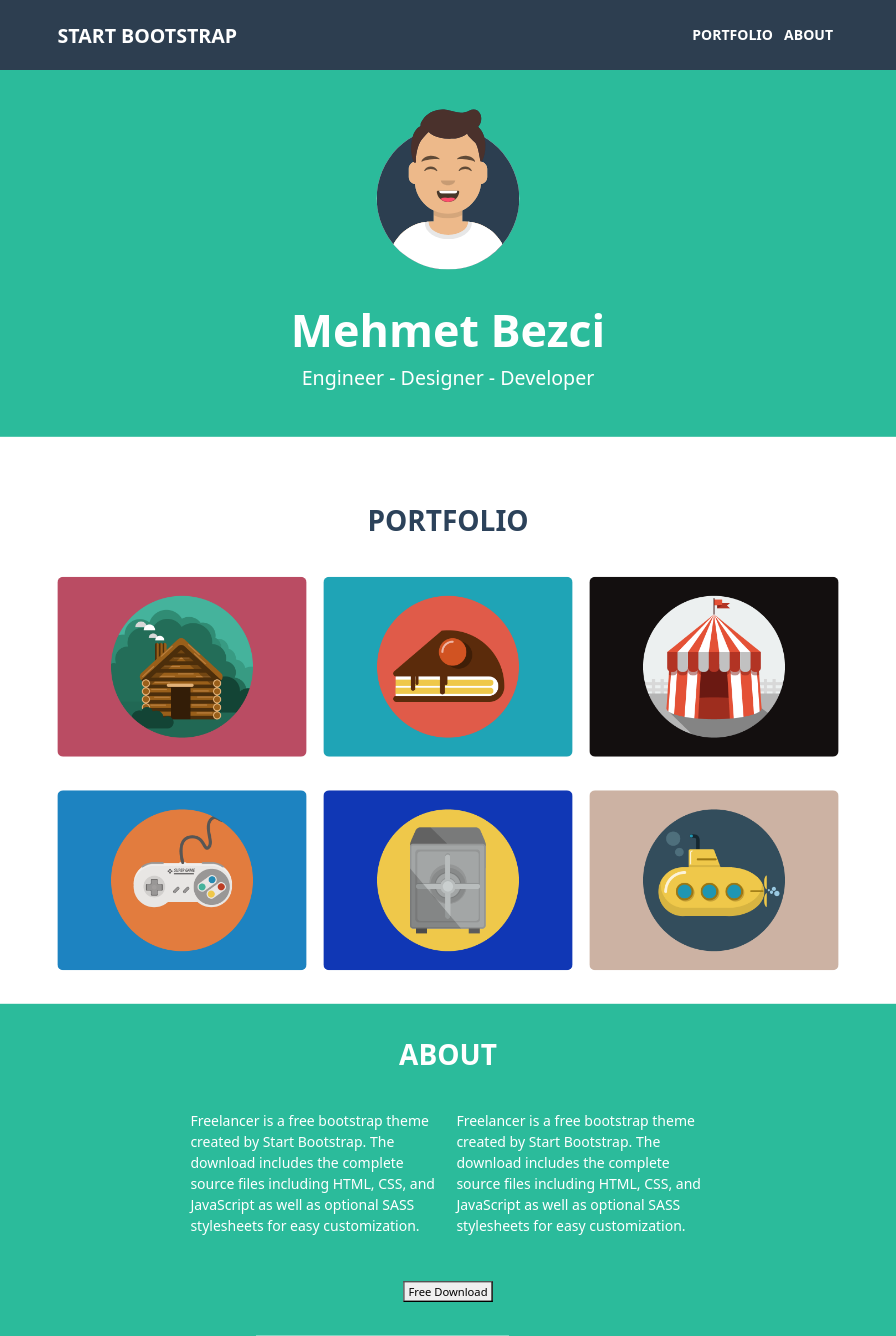
Repository: 7JaxeN7/WT-1255P-Mehmet_BEZC-
Page: index.html
An editor plug-in stored every save of this project. The page is shown before and after the next save, followed by the edit.
The browser window is 1280 px wide. The pictures show the whole page, at 70% of full size.

Above is the page before, as saved 2025-01-06 22:04:33.

### index.html
<!DOCTYPE html>
<html lang="tr">

<head>
  <meta charset="UTF-8">
  <meta name="viewport" content="width=device-width, initial-scale=1.0">
  <link rel="stylesheet" href="style.css">
  <link href="https://cdn.jsdelivr.net/npm/bootstrap@5.3.3/dist/css/bootstrap.min.css" rel="stylesheet"
    integrity="sha384-QWTKZyjpPEjISv5WaRU9OFeRpok6YctnYmDr5pNlyT2bRjXh0JMhjY6hW+ALEwIH" crossorigin="anonymous">
  <title>Start Bootstrap</title>
</head>

<body>
  <!-- Navbar -->
  <header>
    <nav class="navbar navbar-expand-lg navbar-bg">
      <div class="container pt-3 pb-3">
        <a class="navbar-brand text-white fw-bolder fs-3" href="#">START BOOTSTRAP</a>
        <button class="navbar-toggler" type="button" data-bs-toggle="collapse" data-bs-target="#navbarNav"
          aria-controls="navbarNav" aria-expanded="false" aria-label="Toggle navigation">
          <span class="navbar-toggler-icon"></span>
        </button>
        <div class="collapse navbar-collapse" id="navbarNav">
          <ul class="navbar-nav ms-auto">
            <li class="nav-item">
              <a class="nav-link text-white fw-bolder fs-5" href="#">PORTFOLIO</a>
            </li>
            <li class="nav-item">
              <a class="nav-link text-white fw-bolder fs-5" href="#">ABOUT</a>
            </li>
          </ul>
        </div>
      </div>
    </nav>
  </header>
  <!-- Herosection -->
  <div class="herosection-bg pt-5 pb-5">
    <div class="container text-center">
      <img src="/assets/img/avataaars.svg" width="20%" />
      <h1 class="mt-5 text-white fw-bolder display-3">Mehmet Bezci</h1>
      <p class="text-white fs-3">Engineer - Designer - Developer</p>
    </div>
  </div>
  <!-- Portfolio -->
  <div class="portfolio-section">
    <h2 class="text-center mt-5 pt-5 pb-5 fs-1 fw-semibold portfolio-tittle">PORTFOLIO</h2>
    <div class="container">
      <div class="row">
        <div class="col-12 col-md-6 col-lg-4 mb-5">
          <img src="/assets/img/cabin.png" class="img-fluid rounded-3">
        </div>
        <div class="col-12 col-md-6 col-lg-4 mb-5">
          <img src="/assets/img/cake.png" class="img-fluid rounded-3">
        </div>
        <div class="col-12 col-md-6 col-lg-4 mb-5">
          <img src="/assets/img/circus.png" class="img-fluid rounded-3">
        </div>
        <div class="col-12 col-md-6 col-lg-4 mb-5">
          <img src="/assets/img/game.png" class="img-fluid rounded-3">
        </div>
        <div class="col-12 col-md-6 col-lg-4 mb-5">
          <img src="/assets/img/safe.png" class="img-fluid rounded-3">
        </div>
        <div class="col-12 col-md-6 col-lg-4 mb-5">
          <img src="/assets/img/submarine.png" class="img-fluid rounded-3">
        </div>
      </div>
    </div>
  </div>
  <!-- About -->
  <div class="about-section">
    <div class="container">
      <h2 class="about-tittle fs-1 fw-semibold text-center pt-5 pb-5"> ABOUT</h2>
      <div class="row justify-content-center">
        <div class="col-lg-4 fs-5 text-white">
          <p>
            Freelancer is a free bootstrap theme created by Start Bootstrap. The download includes the complete source
            files including HTML, CSS, and JavaScript as well as optional SASS stylesheets for easy customization.
          </p>
        </div>
        <div class="col-lg-4 fs-5 text-white">
          <p>
            Freelancer is a free bootstrap theme created by Start Bootstrap. The download includes the complete source
            files including HTML, CSS, and JavaScript as well as optional SASS stylesheets for easy customization.
          </p>
        </div>
      </div>
      <div class="d-flex justify-content-center">
        <button class="mt-5 mb-5">Free Download</button>
      </div>
    </div>
  </div>
  <!-- Burası bootstrap script kısmı -->
  <script src="https://cdn.jsdelivr.net/npm/bootstrap@5.3.3/dist/js/bootstrap.bundle.min.js"
    integrity="sha384-YvpcrYf0tY3lHB60NNkmXc5s9fDVZLESaAA55NDzOxhy9GkcIdslK1eN7N6jIeHz"
    crossorigin="anonymous"></script>
</body>

</html>

### style.css
.navbar-bg {
  background-color: #2d3e50 !important;
}
.herosection-bg{
    background-color: #2bbb9b ;
}
.portfolio-tittle{
    color: #2c425a;
}
.about-section{
    background-color: #2bbb9b ;
}
.about-tittle{
    color: #ffffff;
}

After the next save:
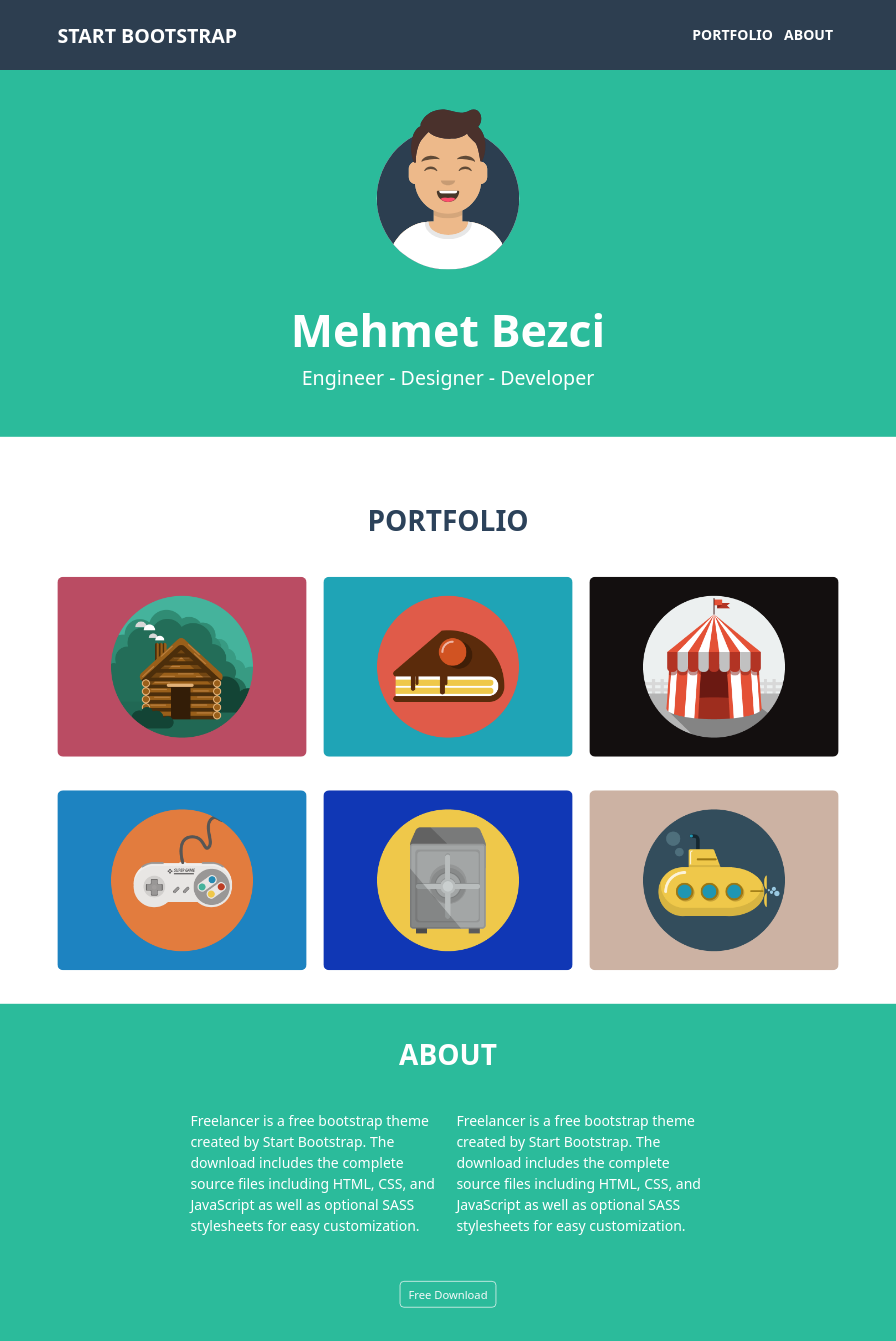
Saved 52 s later.
--- a/index.html
+++ b/index.html
@@ -86,7 +86,7 @@
         </div>
       </div>
       <div class="d-flex justify-content-center">
-        <button class="mt-5 mb-5">Free Download</button>
+        <button class="mt-5 mb-5 btn btn-outline-light">Free Download</button>
       </div>
     </div>
   </div>
